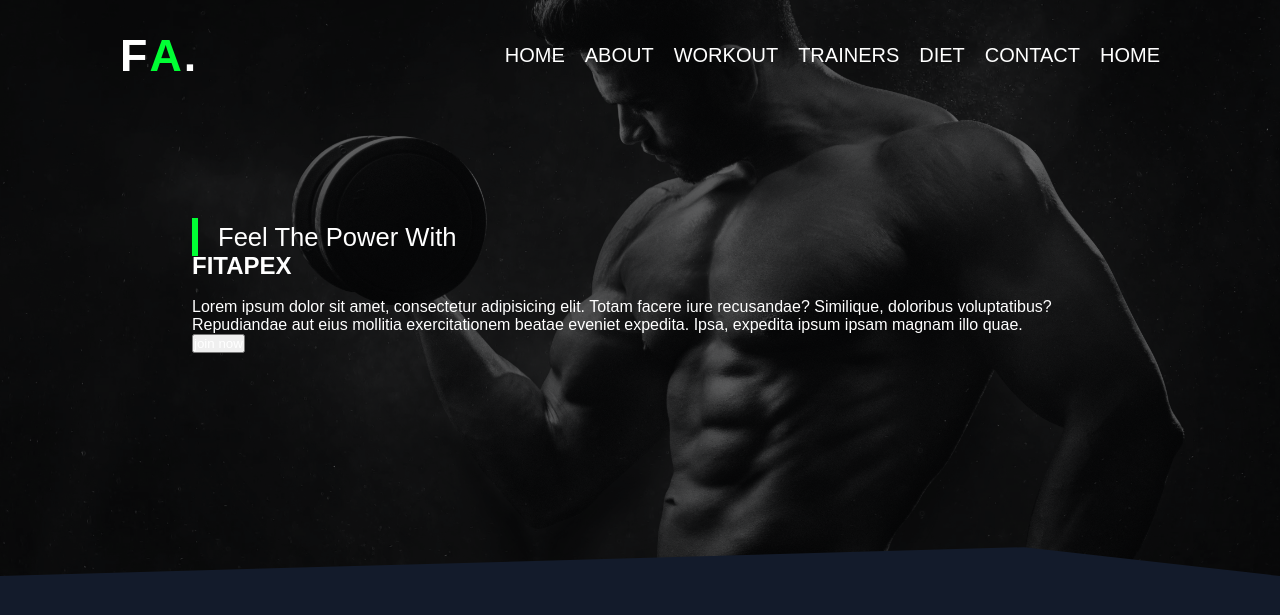
Repository: guilhermecardoso93/fitapex
Page: index.html
An editor plug-in stored every save of this project. The page is shown before and after the next save, followed by the edit.
The browser window is 1280 px wide. The pictures show the whole page.

Above is the page before, as saved 2023-03-05 20:48:56.

### index.html
<!DOCTYPE html>
<html lang="pr-BR">
  <head>
    <meta charset="UTF-8" />
    <meta http-equiv="X-UA-Compatible" content="IE=edge" />
    <meta name="viewport" content="width=device-width, initial-scale=1.0" />
    <link rel="stylesheet" href="styles.css" />
    <link
      rel="stylesheet"
      href="https://cdnjs.cloudflare.com/ajax/libs/font-awesome/4.7.0/css/font-awesome.css"
    />
    <title>F.A GYM</title>
  </head>
  <body>
    <div class="navbar">
      <a href="#" class="logo">F<b>A</b>.</a>
      <ol>
        <li>
          <a href="#home">home</a>
        </li>
        <li>
          <a href="#about">about</a>
        </li>
        <li>
          <a href="#workout">workout</a>
        </li>
        <li>
          <a href="#trainers">trainers</a>
        </li>
        <li>
          <a href="#diet">diet</a>
        </li>
        <li>
          <a href="#contact">contact</a>
        </li>
        <li>
          <a href="#home">home</a>
        </li>
      </ol>
    </div>
    <section id="home" class="home view">
      <div class="highlights">
        <h3>feel the power with</h3>
        <h1><b>FIT</b>APEX</h1><br>
        <p class="tagline">
          Lorem ipsum dolor sit amet, consectetur adipisicing elit. Totam facere iure recusandae? Similique, doloribus voluptatibus? Repudiandae aut eius mollitia exercitationem beatae eveniet expedita. Ipsa, expedita ipsum ipsam magnam illo quae.
        </p>
        <button class="join">join now</button>
      </div>
      <div class="banner">

      </div>
    </section>
  </body>
</html>

### styles.css
@import url("https://fonts.googleapis.com/css2?family=Poppins:wght@400;500&display=swap");

@import "./css/_navbar.css";
@import "./css/_home.css";

* {
  margin: 0;
  padding: 0;
  box-sizing: border-box;
  font-family: "Poppisns", sans-serif;
  outline: none;
  color: #fff;
}

:root {
  --prime: #00ff34;
}

body {
  background-color: #131b2b;
}


.view {
  width: 100%;
  min-height: 80vh;
  position: relative;
}

### css/_navbar.css

.navbar {
  width: 100%;
  display: flex;
  position: fixed;
  padding: 30px 120px;
  background-color: transparent;
  justify-content: space-between;
  z-index: 1111;
  transition: 0.5s ease;
}

.logo {
  font-size: 2.8em;
  font-weight: 800;
  letter-spacing: 2px;
  text-transform: uppercase;
  text-decoration: none;
}

.logo B{
  color: var(--prime);
}

ol {
  display: flex;
  margin: auto 0;
}

ol li {
  list-style: none;
  margin-left: 20px;
}

ol li a {
  font-size: 20px;
  font-weight:500;
  text-transform: uppercase;
  text-decoration: none;
}

ol li:hover a {
  color: var(--prime);
}

### css/_home.css
.home {
  display: flex;
  min-height: 120vh;
  align-items: center;
  justify-content: center;
  clip-path: polygon(0 0,100% 0,100% 100%,80% 95%,0 100%)
}

.banner {
   height: 100%;
   width: 100%;
   position: absolute;
   background: url('../assets/banner.jpg');
   background-size: cover;
   background-position: center;
   filter: brightness(40%)
}

.highlights {
  width: 70%;
  position: relative;
  display: inline-block;
  z-index: 11;
}

.highlights h3 {
  display: inline;
  font-size: 2vw;
  padding: 5px 20px;
  font-weight: lighter;
  text-transform: capitalize;
  border-left: 6px solid var(--prime)
}

After the next save:
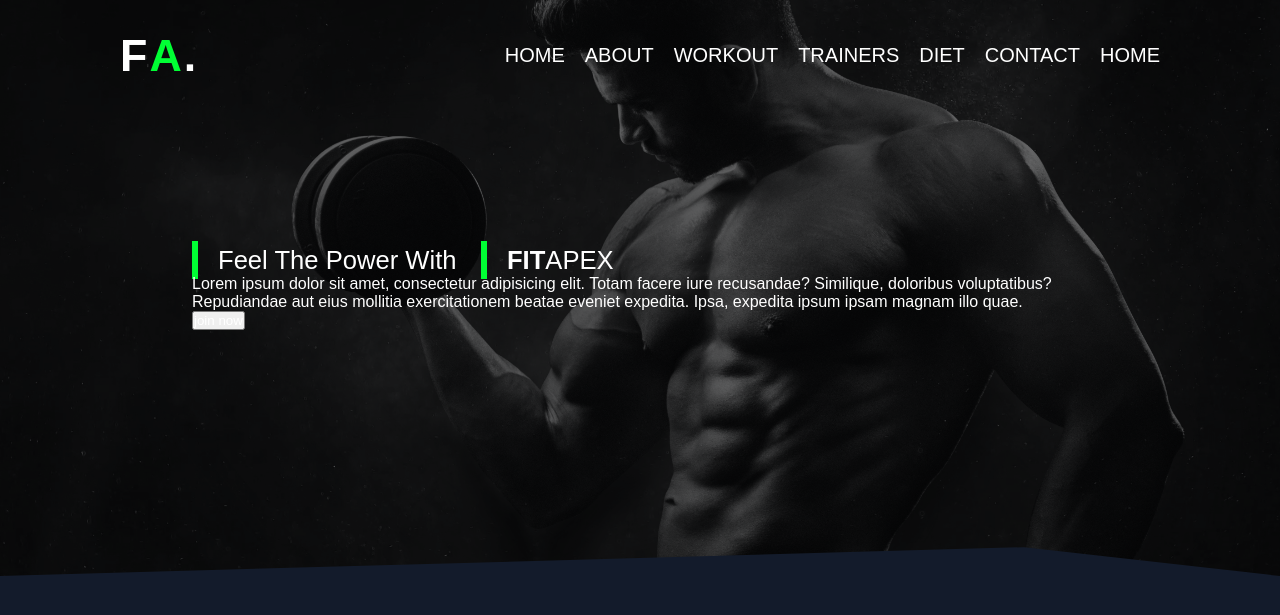
Saved 16 s later.
--- a/css/_home.css
+++ b/css/_home.css
@@ -31,3 +31,12 @@
   text-transform: capitalize;
   border-left: 6px solid var(--prime)
 }
+
+.highlights h1 {
+  display: inline;
+  font-size: 2vw;
+  padding: 5px 20px;
+  font-weight: lighter;
+  text-transform: capitalize;
+  border-left: 6px solid var(--prime)
+}
